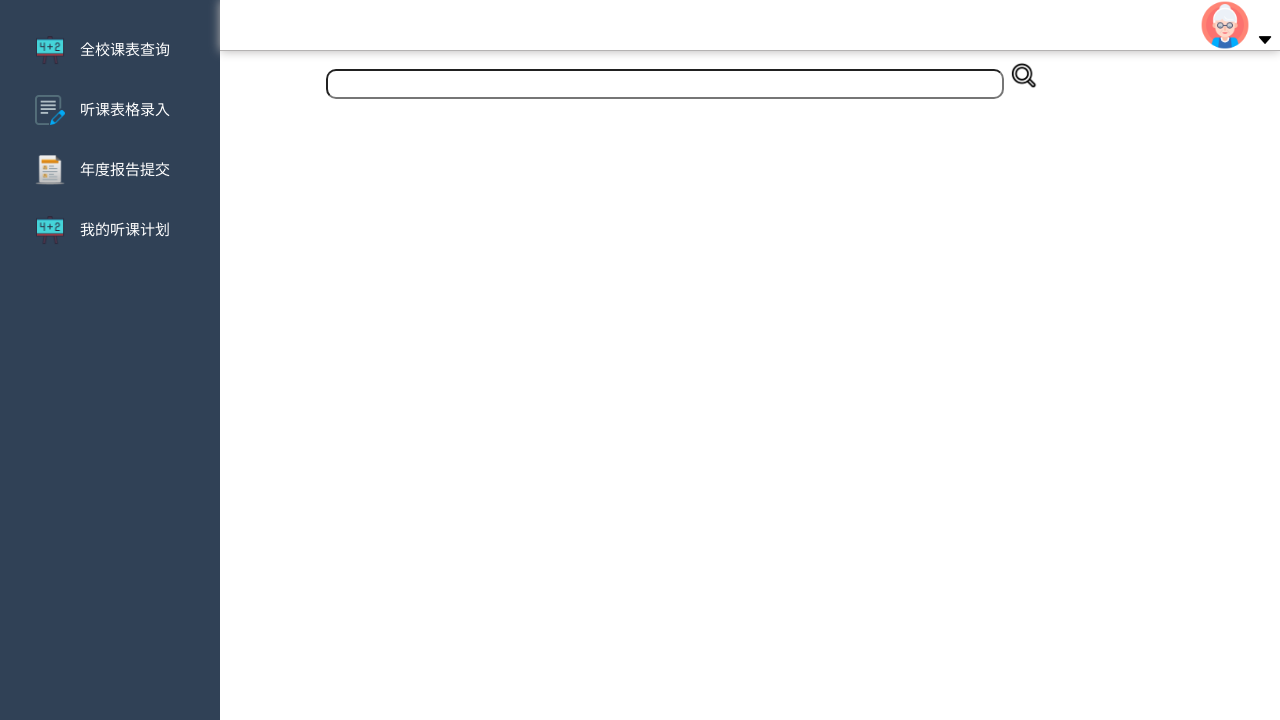
Repository: shandamengcheng/graduate-project
Page: /home/search
An editor plug-in stored every save of this project. The page is shown before and after the next save, followed by the edit.
The browser window is 1280 px wide. The pictures show the whole page.
The project was rebuilt for these pictures with package versions that can differ from the ones it lists, and the page was loaded fresh each time. Also part of the build but not shown: src/views/Login.vue.

Above is the page before, as saved 2021-03-14 12:35:43.

### src/App.vue
<template>
  <div id="app">
    <router-view/>
  </div>
</template>

<style>
* {
  margin: 0;
  padding: 0;
  -webkit-box-sizing: inherit;
  box-sizing: inherit;
}

#app, html, body{
  font-family: Avenir, Helvetica, Arial, sans-serif;
  -webkit-font-smoothing: antialiased;
  -moz-osx-font-smoothing: grayscale;
  text-align: center;
  color: #2c3e50;
  height: 100%;
  overflow: hidden;
}

</style>

### src/router/index.js
import Vue from 'vue'
import VueRouter from 'vue-router'
import Home from '../views/Home.vue'
import Login from '../views/Login.vue';
import Search from '../components/Search.vue';

Vue.use(VueRouter)

const routes = [
  {
    path: '/',
    name: 'Login',
    component: Login
  },
  {
    path: '/home',
    name: Home,
    component: Home,
    children:[
      {
        path: '/',
        name: 'Search',
        component: Search,
      },
      {
        path: 'search',
        name: 'Search',
        component: Search,
      }
    ]
  }
]

const router = new VueRouter({
  mode: 'history',
  base: process.env.BASE_URL,
  routes
})

export default router

### src/views/Home.vue
<template>
  <div class="home">
    <SideBar />
    <div class="main">
      <NavigationBar />
      <router-view />
      <!-- <Search /> -->
    </div>
  </div>
</template>

<script>
// @ is an alias to /src
import Login from "@/views/Login";
import SideBar from "@/components/SideBar";
import NavigationBar from "@/components/NavigationBar";
import Search from "@/components/Search";

export default {
  name: "Home",
  components: {
    Login,
    SideBar,
    NavigationBar,
    Search,
  },
};
</script>

<style scoped>
.home {
  min-height: 100%;
  width: 100%;
  display: flex;
  flex-direction: row;
  /* background-color: #2d3a4b;
    color: white; */
  overflow: hidden;
}
.main {
  width: calc(100% - 220px);
  min-width: 600px;
}
</style>

### src/components/Search.vue
<template>
  <div class="search">
    <input type="search" />
    <img src="@/assets/search.png" >
  </div>
</template>

<script>
export default {
  name: "Search",
};
</script>

<style scoped>
.search {
  width: 80%;
  margin: auto;
  height: 30px;
  margin-top: 10px;
  text-align: left;
  font-size: 0;
}
.search input {
  display: inline-block;
  width: 80%;
  height: 30px;
  line-height: 30px;
  margin: auto;
  border-radius: 10px;
  outline: none;
  font-size: 20px;
  padding: 0 5px;
  box-sizing: border-box;
}
.search img {
  display: inline-block;
  width: 30px;
  height: 30px;
  margin-left: 5px;
}
</style>

### src/components/SideBar.vue
<template>
  <div class="sidebar">
    <SideBarItem>
      <img src="@/assets/class.png">
      <div>全校课表查询</div>
    </SideBarItem>
    <SideBarItem>
      <img src="@/assets/sheet.png">
      <div>听课表格录入</div>
    </SideBarItem>
    <SideBarItem>
      <img src="@/assets/report.png">
      <div>年度报告提交</div>
    </SideBarItem>
     <SideBarItem>
      <img src="@/assets/class.png">
      <div>我的听课计划</div>
    </SideBarItem>
  </div>
</template>

<script>
import SideBarItem from "@/components/SideBarItem";

export default {
  name: "SideBar",
  components: {
    SideBarItem,
  },

}
</script>

<style scoped>
.sidebar {
  width: 220px;
  min-width: 220px;
  height: 100vh;
  background: #304156;
  color: white;
  font-size: 15px;
  text-align: center;
  display: flex;
  flex-direction: column;
  padding-top: 20px;
}
</style>

### src/components/NavigationBar.vue
<template>
  <div class="navbar">
    <img src="@/assets/avatar.png" class="avatar-img">
    <img src="@/assets/arrow.png" class="avatar-submenu">
  </div>
</template>

<script>
export default {
  name: "NavigationBar",
}
</script>

<style scoped>
.navbar {
  width: 100%;
  height: 50px;
  display: flex;
  position: relative;
  justify-content: flex-end;
  border-bottom: .5px solid rgb(180, 178, 178);
  box-shadow: 0px 0px 10px rgb(180, 178, 178);
}
.navbar img {
  display: inline-block;
  height: 100%;
  width: 50px;
  border-radius: 10px;
}
.navbar .avatar-submenu {
  width: 20px;
  height: 20px;
  margin: 30px 5px 0px 5px;
}
</style>

### src/components/SideBarItem.vue
<template>
  <div class="sidebar-item" @click="showSearchView">
    <slot>默认列表项</slot>
  </div>
</template>

<script>
export default {
  name: "SideBarItem",
  methods: {
    showSearchView: function() {
      this.$router.push('/home/search');
    }
  }
}
</script>

<style scoped>
.sidebar-item {
  height: 60px;
  padding: 0 10px;
  line-height: 60px;
  border: none;
  outline: none;
  cursor: pointer;
  display: flex;
  justify-content: center;
}
.sidebar-item img {
  /* display: inline-block; */
  align-self: center;
  height: 50%;
  vertical-align: middle;
  width: 15%;
  /* margin-right: 5px; */
}
.sidebar-item div {
  width: 60%;
  /* display: inline-block; */
}
</style>

Loaded but not shown: public/index.html (common file); src/main.js (common file); src/store/index.js (common file)

After the next save:
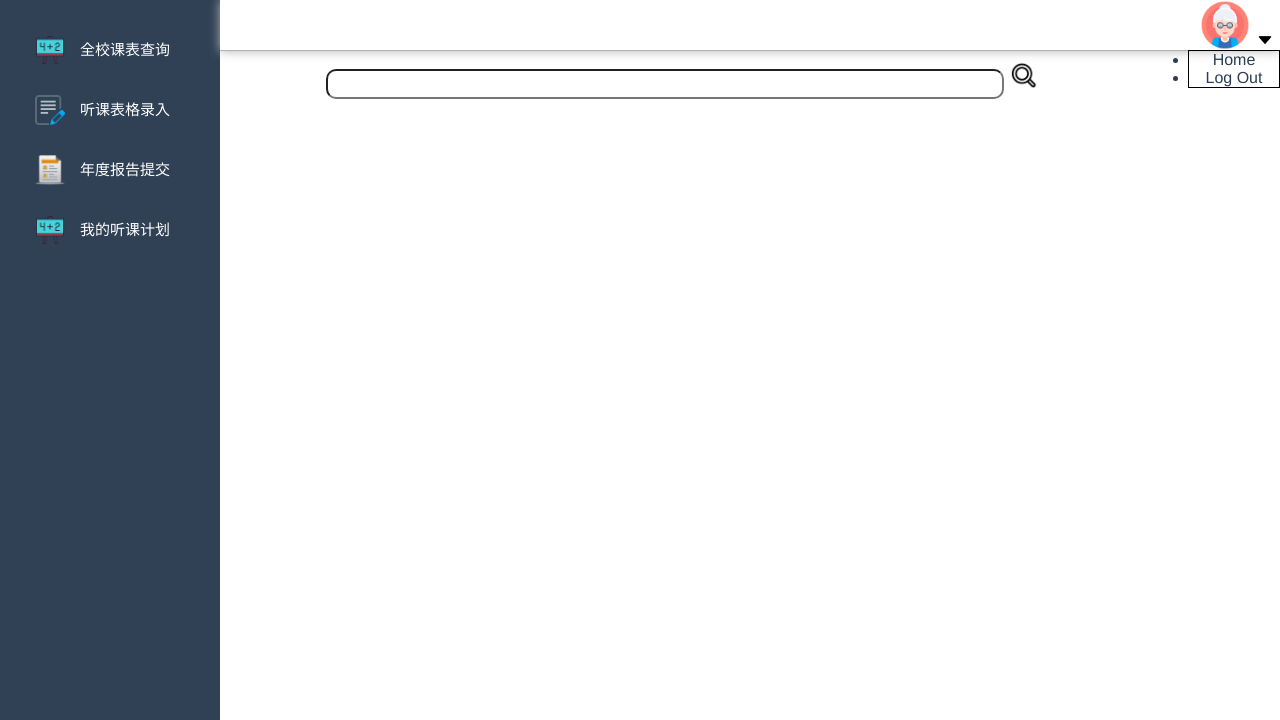
Saved 3 min 39 s later.
--- a/src/components/NavigationBar.vue
+++ b/src/components/NavigationBar.vue
@@ -2,6 +2,10 @@
   <div class="navbar">
     <img src="@/assets/avatar.png" class="avatar-img">
     <img src="@/assets/arrow.png" class="avatar-submenu">
+    <ul class="avatar-menu">
+      <li>Home</li>
+      <li>Log Out</li>
+    </ul>
   </div>
 </template>
 
@@ -32,4 +36,11 @@ export default {
   height: 20px;
   margin: 30px 5px 0px 5px;
 }
+.avatar-menu {
+  position: absolute;
+  top: 50px;
+  right: 0;
+  width: 90px;
+  border: 1px solid black;
+}
 </style>
